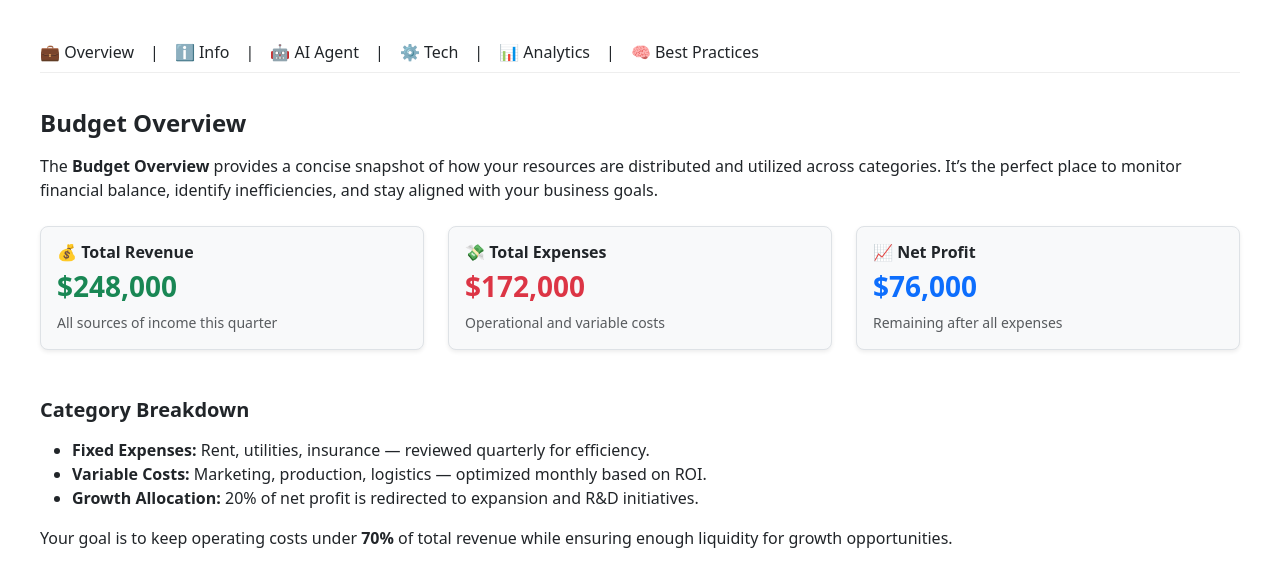
Repository: tonym642/bizcore360-wp
Page: pages/budget.html
An editor plug-in stored every save of this project. The page is shown before and after the next save, followed by the edit.
The browser window is 1280 px wide. The pictures show the whole page.

Above is the page before, as saved 2025-10-23 10:08:10.

After the next save:
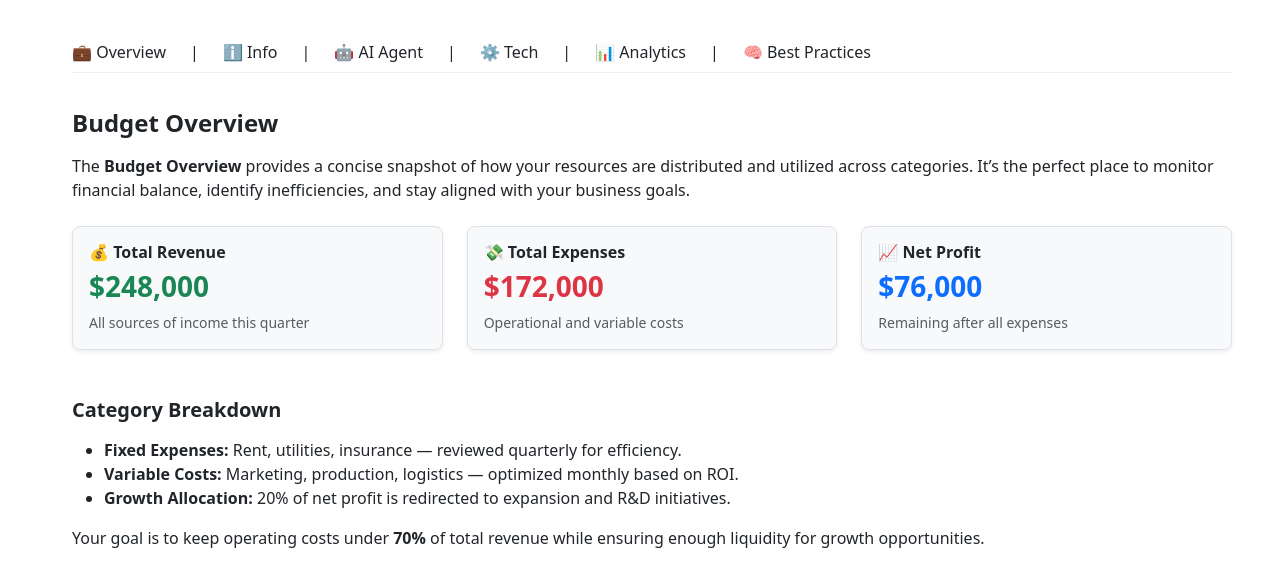
Saved 4 min 1 s later.
--- a/pages/budget.html
+++ b/pages/budget.html
@@ -15,8 +15,9 @@
       background-color: #fff;
       color: #000;
     }
+    /* Increased left padding so content doesn’t touch sidebar */
     .content-container {
-      padding: 1.5rem;
+      padding: 1.5rem 2rem 1.5rem 3.5rem;
       width: 100%;
     }
     .module-card {
@@ -28,7 +29,7 @@
     .inner-menu {
       display: flex;
       align-items: center;
-      gap: 1rem;
+      gap: 1.5rem;
       margin-bottom: 1.25rem;
       border-bottom: 1px solid #eee;
       padding-bottom: 0.5rem;
@@ -85,7 +86,7 @@
           <a onclick="showPage('best-practices')">🧠 Best Practices</a>
         </div>
 
-        <!-- Dynamic area -->
+        <!-- Dynamic content area -->
         <div id="page-content" class="fade show"></div>
 
       </div>
@@ -94,6 +95,7 @@
 
   <!-- Shared module script -->
   <script src="/assets/js/modules.js"></script>
+
   <script>
     document.addEventListener("DOMContentLoaded", () => showPage('overview'));
   </script>
